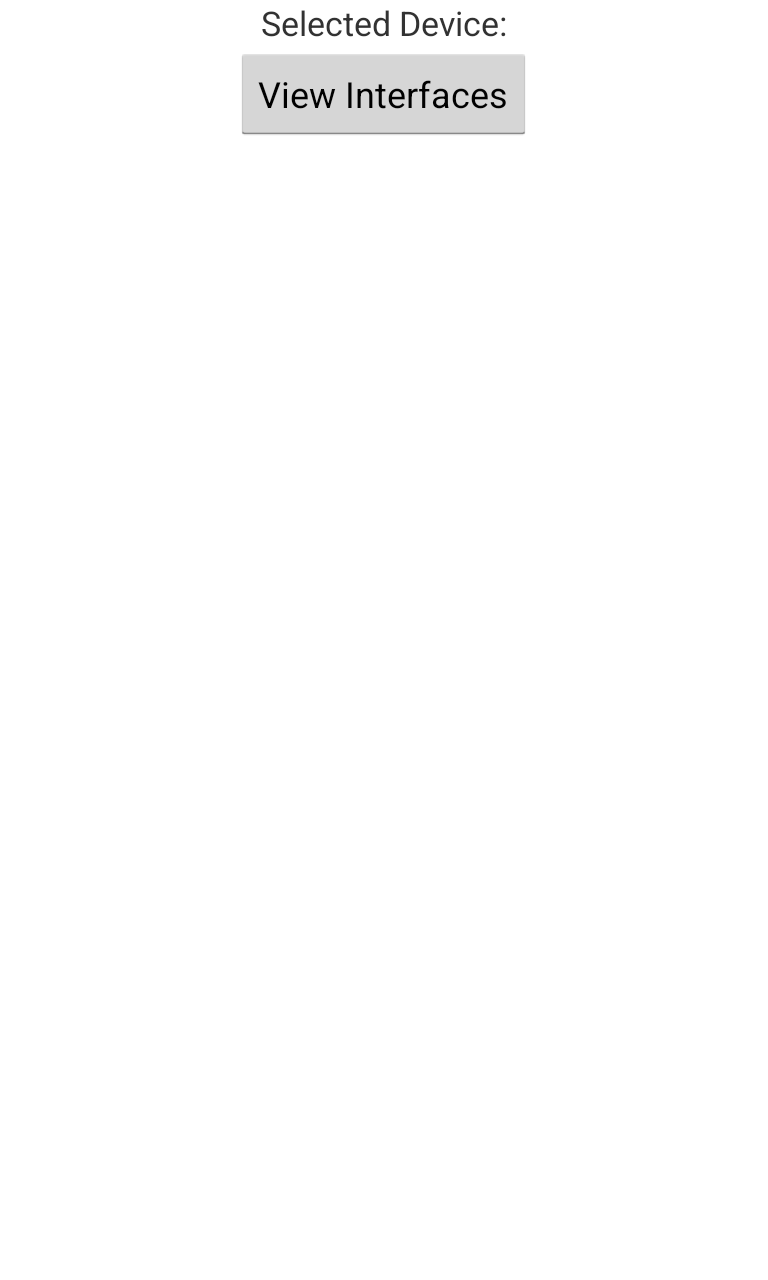
Repository: ArisKots1992/Software-Development
Layout: Anaptiksi Logismikou/Anaptiksi Logismikou/AdminClientApplication/res/layout/second_tab.xml
The author's editor kept a copy of each file at every save. The layout is drawn from the files as they stood at one save, then again after the next save.
It is drawn on a 768 x 1280 px phone screen (xhdpi) without system bars, with theme AppTheme; the app's code is not run. Lists and similar views that code fills are empty.

Above is the layout before, as saved 2015-01-19 17:34:32.

After the next save:
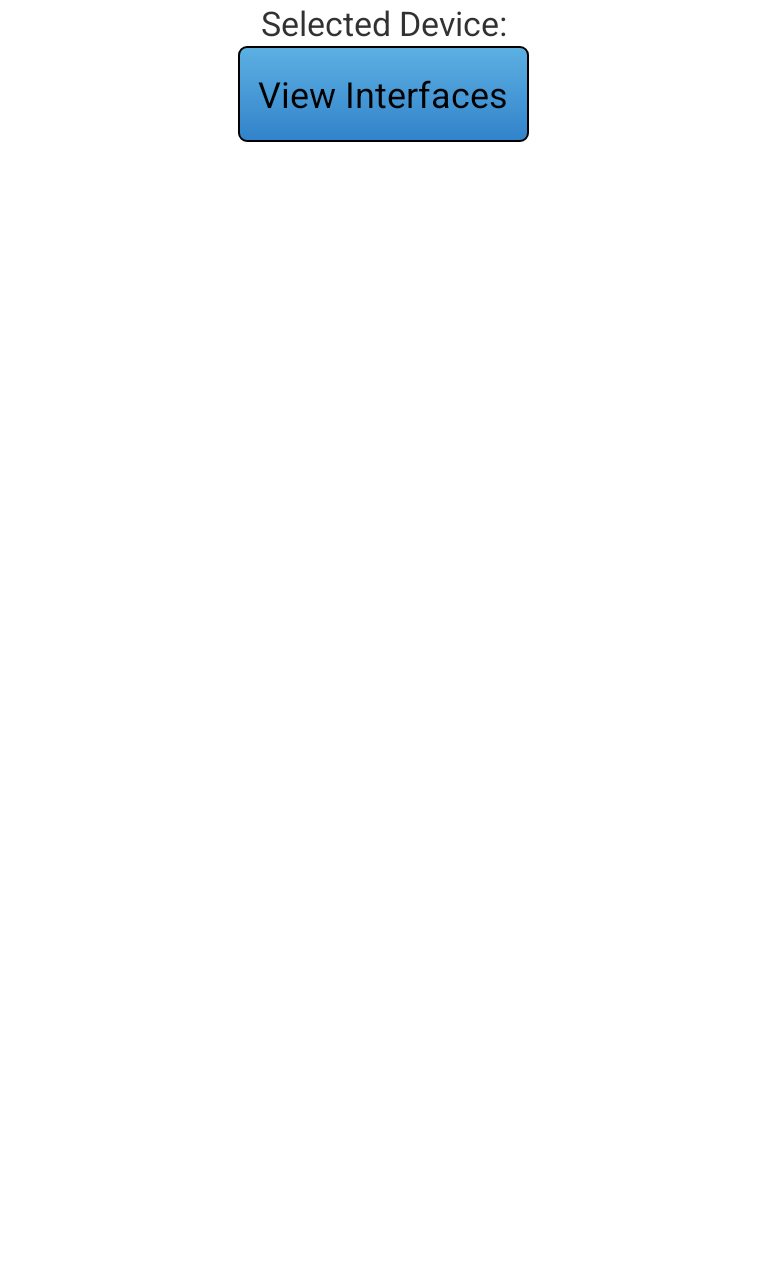
Saved 2 min 27 s later.
--- a/Anaptiksi Logismikou/Anaptiksi Logismikou/AdminClientApplication/res/layout/second_tab.xml
+++ b/Anaptiksi Logismikou/Anaptiksi Logismikou/AdminClientApplication/res/layout/second_tab.xml
@@ -16,7 +16,8 @@
         android:id="@+id/button1"
         android:layout_width="wrap_content"
         android:layout_height="wrap_content"
-        android:text="View Interfaces" />
+        android:text="View Interfaces"
+         android:background="@drawable/custom_button" />
     <ListView
         android:id="@+id/listViewInterfaces"
         android:layout_height="wrap_content"
